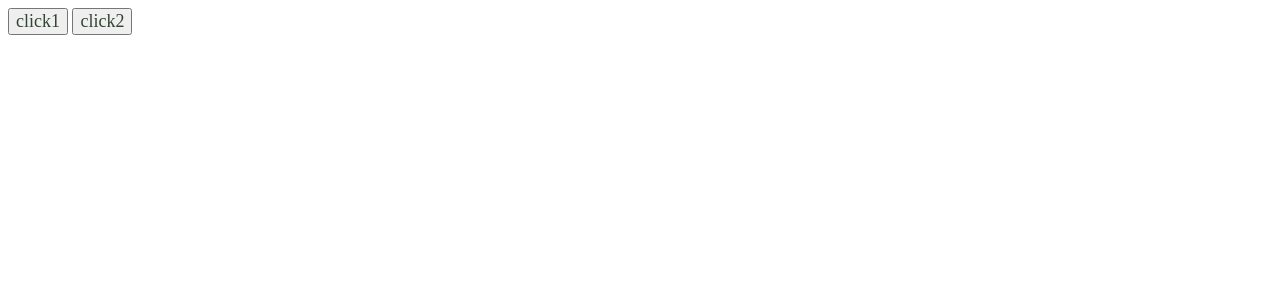
Repository: youngsik0405/Web-study
Page: JsonApp/WebContent/JsonTest06.html
These files come from the project's save history. The page is drawn as it stood at one moment and after the next save; the edit follows.
The browser window is 1280 px wide. The pictures show the whole page.

Above is the page before, as saved 2025-02-05 02:26:52.

### JsonApp/WebContent/JsonTest06.html
<!DOCTYPE html>
<html>
<head>
<meta charset="UTF-8">
<title>JsonTest06.html</title>
<link rel="stylesheet" type="text/css" href="css/main.css">
<script type="text/javascript">

	// ①
	/*
	var myJsonObject6 =
	{
		"test" : 123
	}
 	*/

 	// ②
	/*
 	var myJsonObject6 =
	{
		"test" : 123.456
	}
 	*/

 	// ③
 	/*
 	var myJsonObject6 =
	{
		"test" : true
	}
	*/

	// ④
	var myJsonObject6 =
	{
		"test" : null
	}


</script>

</head>
<body>

<form>
	<input type="button" value="click1" onclick="alert(myJsonObject6.test)">
	<!-- ① → 123 -->
	<!-- ② → 123.456 -->
	<!-- ③ → true -->

	<input type="button" value="click2" onclick="alert(typeof myJsonObject6.test)">
	<!-- ① → number -->
	<!-- ② → number -->
	<!-- ③ → boolean -->

	<br><br>

</form>


</body>
</html>

### JsonApp/WebContent/css/main.css
@charset "UTF-8";

/* main.css */

*
{
	font-family: 맑은 고딕;
	color: #334433;
}

body, p, div, span, input, table, th, td, select
{
	font-size: 18px;
}

.control
{
	border: 1px solid gray;
	border-radius: 3px;
}

.table
{
	border-collapse: collapse;
	width: 100%;
}

.table th, .table td
{
	border: 1px solid gray;
	border-left: 0px;
	border-right: 0px;
	padding: 3px;
	line-height: 150%;
}

.table th
{
	font-weight: bold;
	background-color: #eeeeee;
}

.btn
{
	font-weight: bold;
}

.btn:hover
{
	color: white;
	background-color: #778877;
}

After the next save:
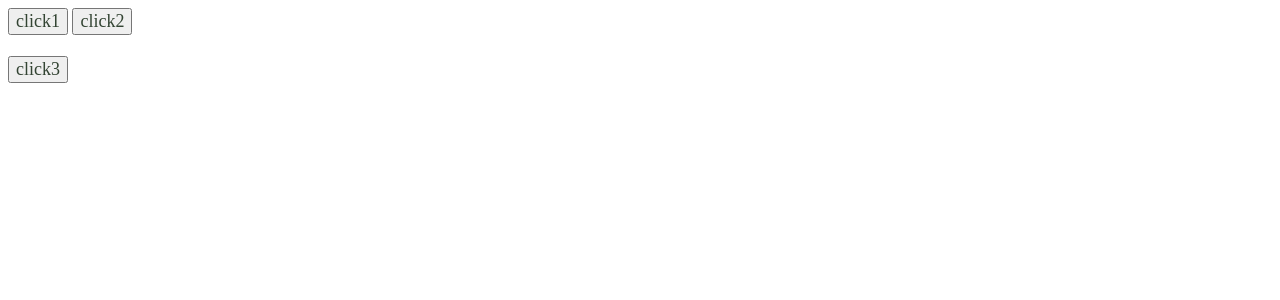
Saved 104 s later.
--- a/JsonApp/WebContent/JsonTest06.html
+++ b/JsonApp/WebContent/JsonTest06.html
@@ -47,13 +47,19 @@
 	<!-- ① → 123 -->
 	<!-- ② → 123.456 -->
 	<!-- ③ → true -->
+	<!-- ④ → null -->
 
 	<input type="button" value="click2" onclick="alert(typeof myJsonObject6.test)">
 	<!-- ① → number -->
 	<!-- ② → number -->
 	<!-- ③ → boolean -->
+	<!-- ④ → object --> <!-- check~!!! -->
 
 	<br><br>
+
+	<input type="button" value="click3"
+		onclick="myJsonObject6.test=false; alert(typeof myJsonObject6.test)">
+
 
 </form>
 
